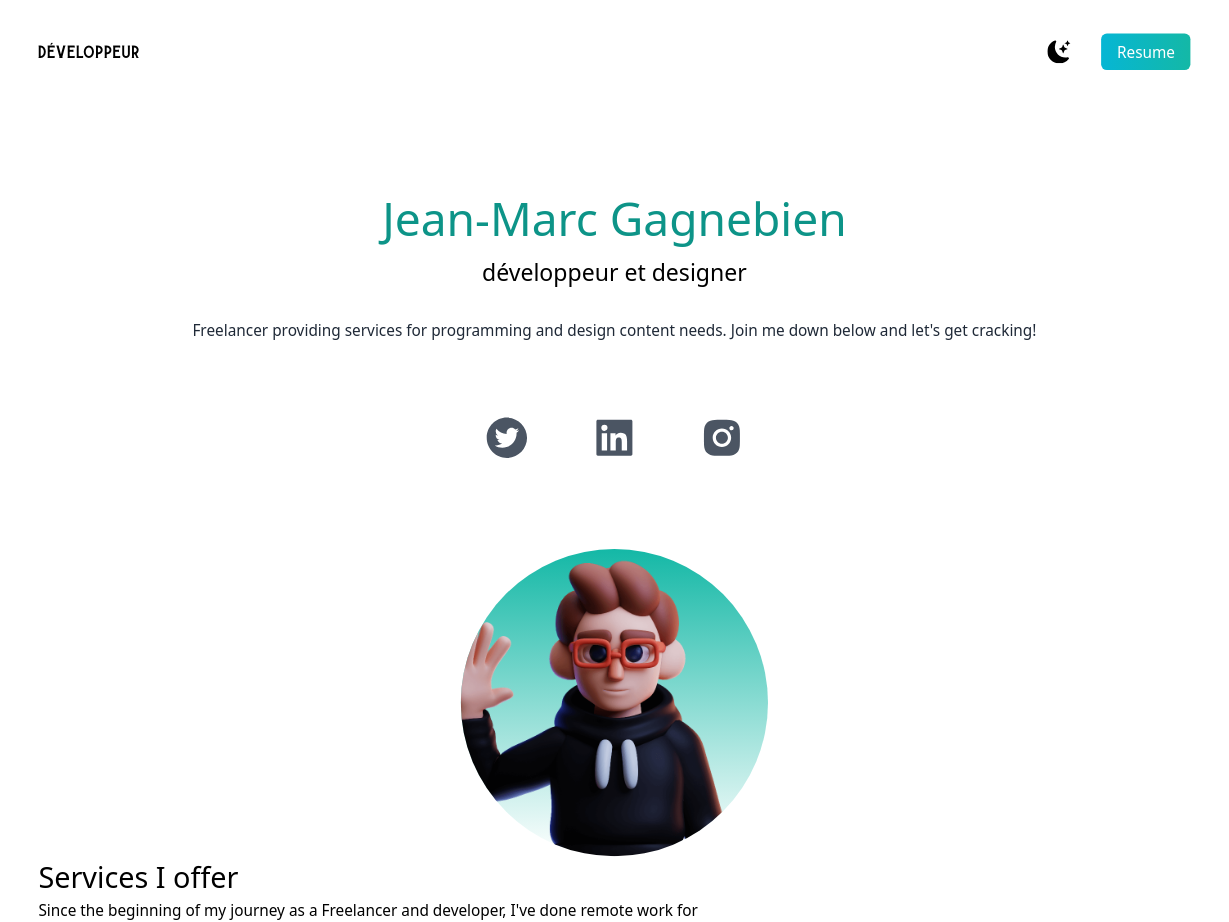
Repository: Jean-MarcG/portfoli_next
Page: /
The author's editor kept a copy of each file at every save. The page is drawn from the files as they stood at one save, then again after the next save.
The browser window is 1280 px wide. The pictures show the whole page, at 96% of full size.
The project was rebuilt for these pictures with package versions that can differ from the ones it lists, and the page was loaded fresh each time. The framework's server and built-in components were replaced by stand-ins that run in the browser. Also part of the build but not shown: next.config.js.

Above is the page before, as saved 2023-04-01 17:47:38.

After the next save:
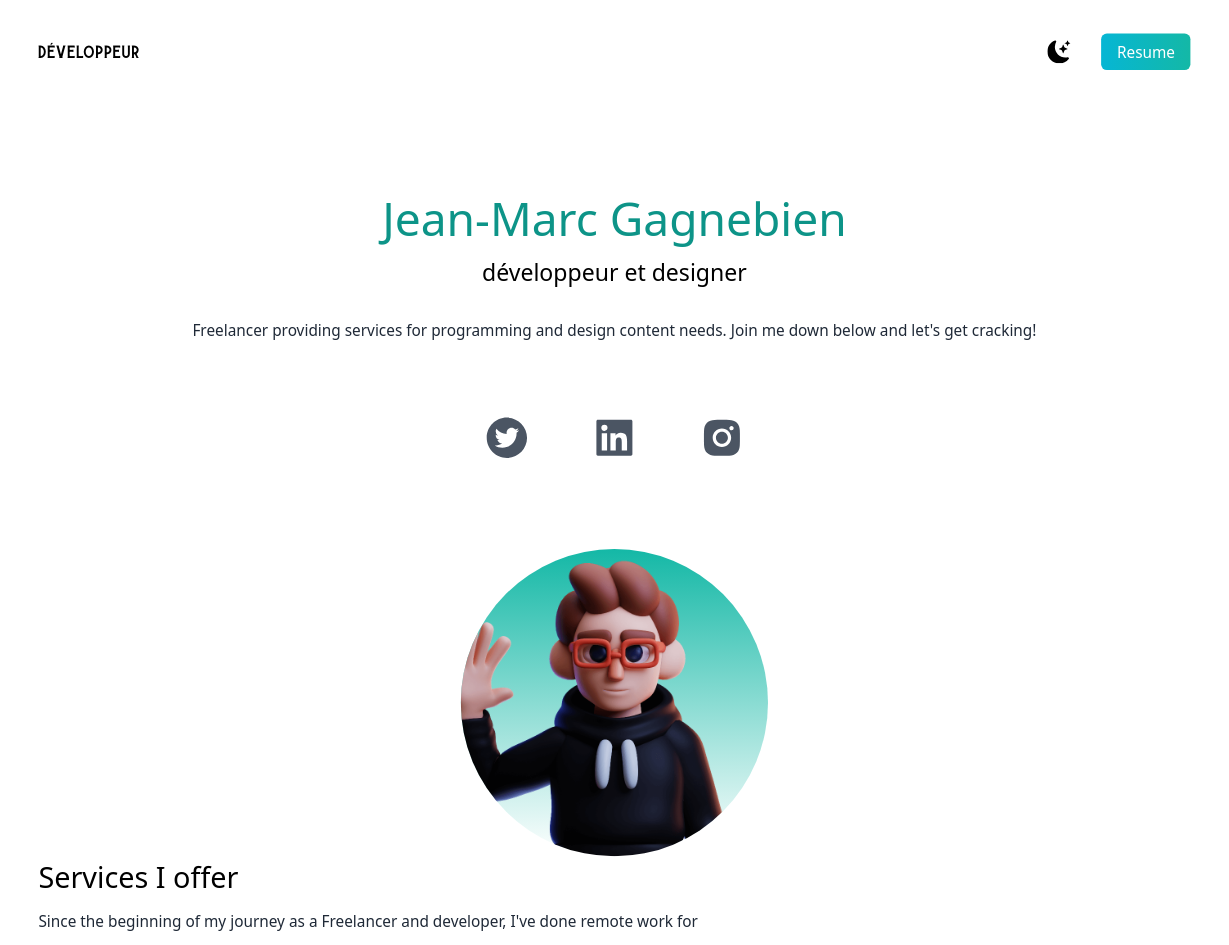
Saved 28 s later.
--- a/pages/index.js
+++ b/pages/index.js
@@ -46,7 +46,7 @@
         <section>
           <div>
             <h3 className='text-3xl py-1'>Services I offer</h3>
-            <p>
+            <p className='text-md py-2 leading-8 text-gray-800'>
               Since the beginning of my journey as a Freelancer and developer, I've done remote work for
             </p>
           </div>
